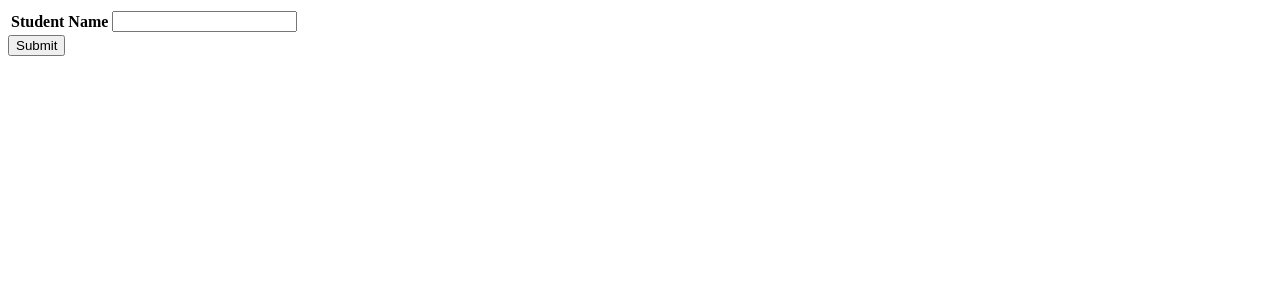
Repository: sisbhumi/LearnersAcademyApp
Page: BackendAdmin/src/main/webapp/addClass.html
These files come from the project's save history. The page is drawn as it stood at one moment and after the next save; the edit follows.
The browser window is 1280 px wide. The pictures show the whole page.

Above is the page before, as saved 2023-03-26 12:54:01.

### BackendAdmin/src/main/webapp/addClass.html
<!DOCTYPE html>
<html>
<head>
<meta charset="ISO-8859-1">
<title>Add Student Admin</title>
</head>
<body>
	<form action="addClass" method="post">
		<table>
			<tr>
				<th>Student Name</th>
				<th><input type="text" name="class_name" /></th>
			</tr>

		</table>
		<input type="submit" name="add" />
	</form>
</body>
</html>

After the next save:
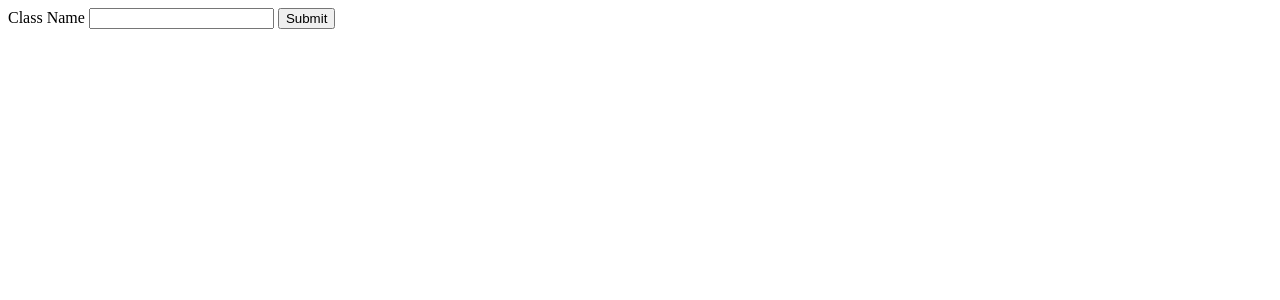
Saved 2 min 44 s later.
--- a/BackendAdmin/src/main/webapp/addClass.html
+++ b/BackendAdmin/src/main/webapp/addClass.html
@@ -2,18 +2,14 @@
 <html>
 <head>
 <meta charset="ISO-8859-1">
-<title>Add Student Admin</title>
+<title>Add Class</title>
 </head>
 <body>
 	<form action="addClass" method="post">
-		<table>
-			<tr>
-				<th>Student Name</th>
-				<th><input type="text" name="class_name" /></th>
-			</tr>
 
-		</table>
-		<input type="submit" name="add" />
+		Class Name <input type="text" name="class_name" />
+		<input type="submit" name="add"/>
+
 	</form>
 </body>
 </html>
